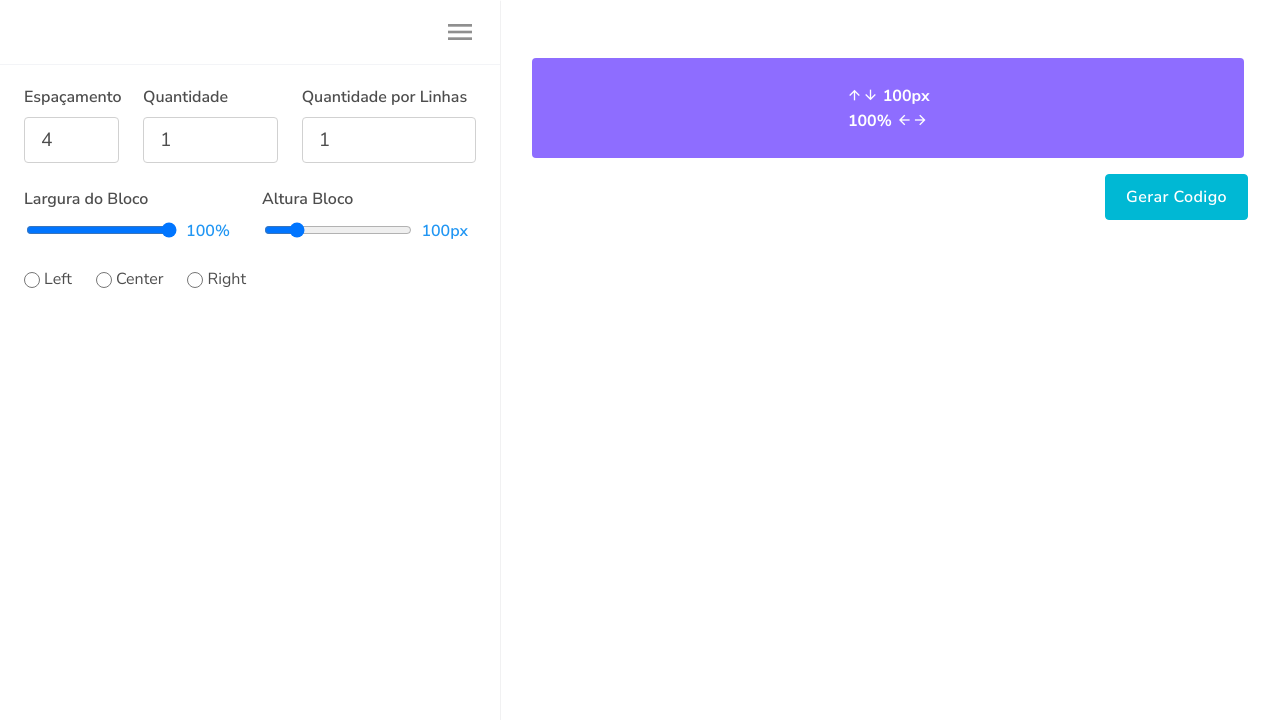
Repository: Flintdl/lowcode-elements
Page: /
These files come from the project's save history. The page is drawn as it stood at one moment and after the next save; the edit follows.
The browser window is 1280 px wide. The pictures show the whole page.
The project was rebuilt for these pictures with package versions that can differ from the ones it lists, and the page was loaded fresh each time. Also part of the build but not shown: vue.config.js.

Above is the page before, as saved 2022-04-05 09:36:34.

After the next save:
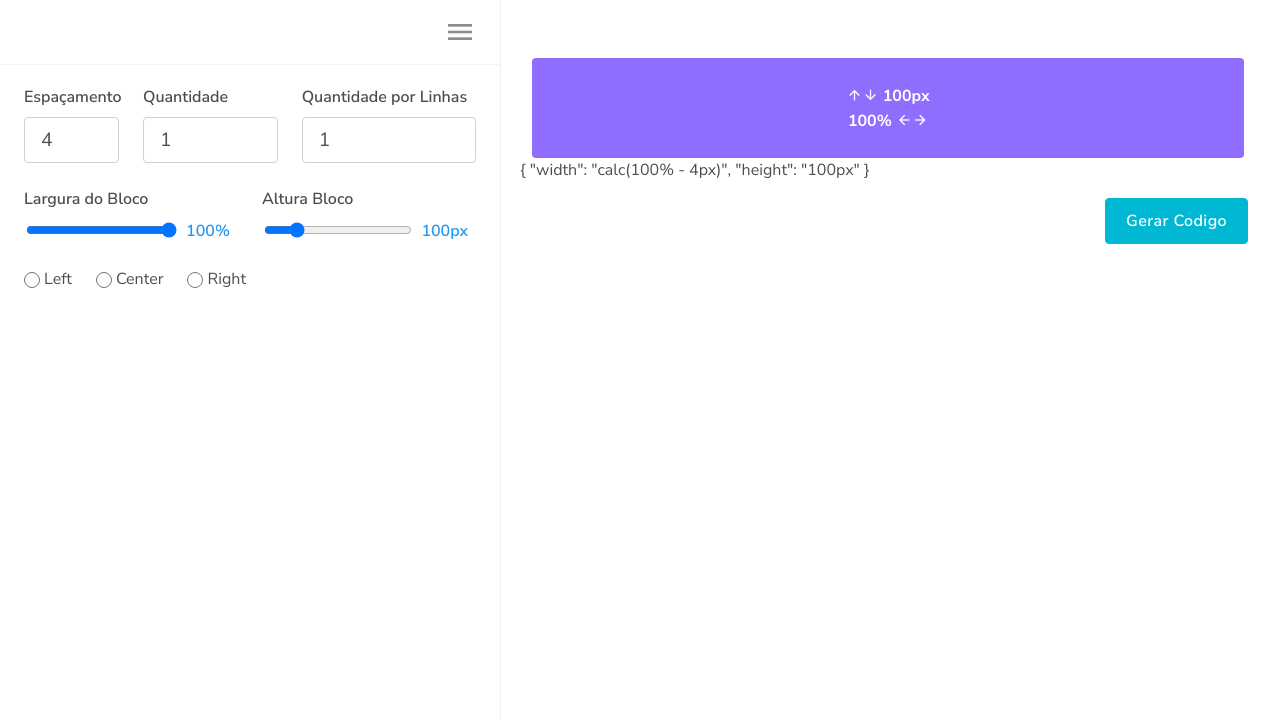
Saved 60 s later.
--- a/src/views/HomeView.vue
+++ b/src/views/HomeView.vue
@@ -33,6 +33,7 @@
           />
         </div>
       </div>
+      {{ cssProps }}
       <div class="sf-col-12 sf-mt-3 sf-display-flex sf-justify-content-end">
         <button class="sf-btn sf-btn-primary" @click="gerarCodigo">
           Gerar Codigo

After the 2 saves that followed:
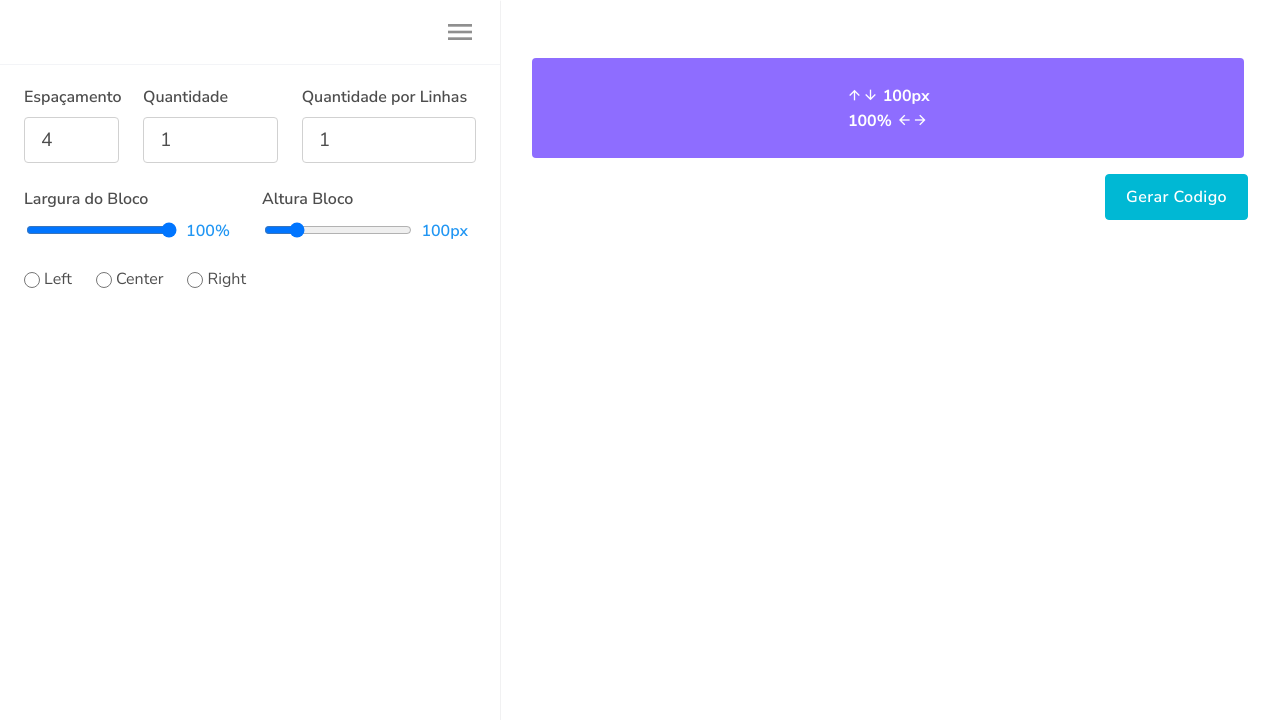
The 2 saves are shown as one change because 1 left the picture as it was.
The last was saved 111 s later.
--- a/src/views/HomeView.vue
+++ b/src/views/HomeView.vue
@@ -33,7 +33,6 @@
           />
         </div>
       </div>
-      {{ cssProps }}
       <div class="sf-col-12 sf-mt-3 sf-display-flex sf-justify-content-end">
         <button class="sf-btn sf-btn-primary" @click="gerarCodigo">
           Gerar Codigo
--- a/src/components/templates/DivGrid.vue
+++ b/src/components/templates/DivGrid.vue
@@ -29,7 +29,7 @@
 <script>
 export default {
   props: {
-    width: String,
+    width: Object,
     tamanho: String,
     altura: String,
   },
